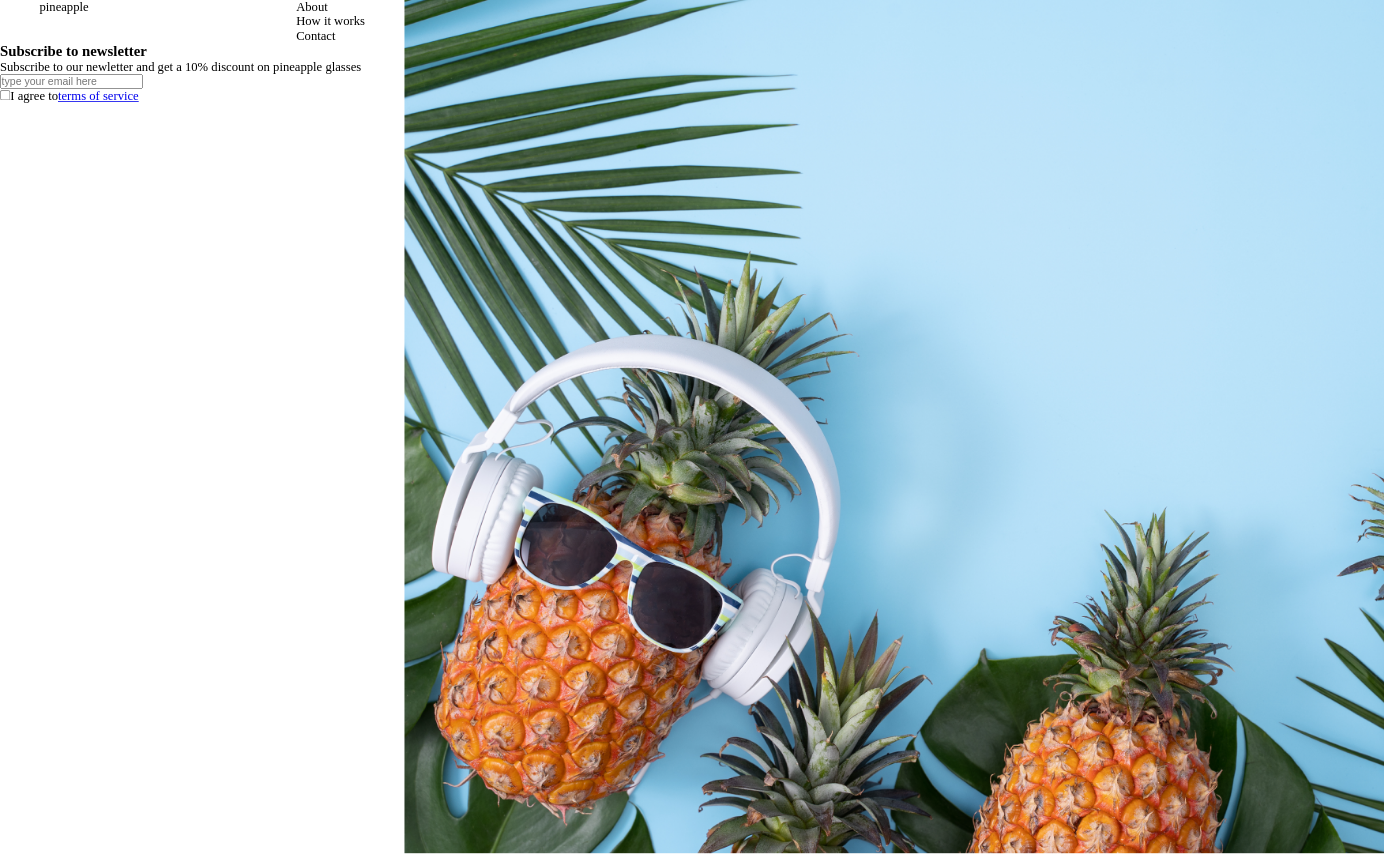
Repository: PaulsBebris/megabit-task
Page: /
These files come from the project's save history. The page is drawn as it stood at one moment and after the next save; the edit follows.
The browser window is 1280 px wide. The page is 1752 px wide, so the pictures cover 1752 px, including what lies to the right of the window. The pictures show the whole page, at 79% of full size.
The project was rebuilt for these pictures with package versions that can differ from the ones it lists, and the page was loaded fresh each time.

Above is the page before, as saved 2021-04-19 08:01:42.

### src/App.vue
<template>
  <div id="app">
    <!-- <div id="nav">
      <router-link to="/">Home</router-link> |
      <router-link to="/about">About</router-link>
    </div> -->
    <router-view/>
  </div>
</template>

<style lang="scss">
// normalize
* {
  padding: 0;
  margin: 0;
  box-sizing: border-box;
}

// #app {
//   font-family: Avenir, Helvetica, Arial, sans-serif;
//   -webkit-font-smoothing: antialiased;
//   -moz-osx-font-smoothing: grayscale;
//   text-align: center;
//   color: #2c3e50;
// }

// #nav {
//   padding: 30px;

//   a {
//     font-weight: bold;
//     color: #2c3e50;

//     &.router-link-exact-active {
//       color: #42b983;
//     }
//   }
// }
</style>

### src/router/index.js
import Vue from 'vue'
import VueRouter from 'vue-router'
import Home from '../views/Home.vue'

Vue.use(VueRouter)

const routes = [
  {
    path: '/',
    name: 'Home',
    component: Home
  }
]

const router = new VueRouter({
  routes
})

export default router

// {
// path: '/about',
// name: 'About',
// route level code-splitting
// this generates a separate chunk (about.[hash].js) for this route
// which is lazy-loaded when the route is visited.
// component: () => import(/* webpackChunkName: "about" */ '../views/About.vue')
// }

### src/views/Home.vue
<template>
  <div class="home">
    <div class="base">
      <div class="header-wrapper">
        <div class="logo">
          <img src="" alt="">
          <span>pineapple</span>
        </div>
        <div class="main-menu">
          <div>About</div>
          <div>How it works</div>
          <div>Contact</div>
        </div>
      </div>
      <div class="content-wrapper">
        <h3>Subscribe to newsletter</h3>
        <p>Subscribe to our newletter and get a 10% discount on pineapple glasses</p>
      </div>
      <div class="subscribe-form-wrapper">
        <input type="text" placeholder="type your email here" @click="onSubscribe" v-model="email" >
        <div class="submit-btn">
          <span></span>
        </div>
      </div>
      <div class="terms-of-use">
        <input type="checkbox" name="agreedOnTerms" id="">I agree to<a href="#">terms of service</a>
      </div>
      <div class="social-wrapper"></div>
    </div>
    <div class="base-image">
      <img :src=sommer alt="">
    </div>
  </div>
</template>

<script>
import sommer from '@/assets/img/sommer.png'

export default {
  name: 'Home',
  components: {},
  data () {
    return {
      sommer,
      email: ''
    }
  },
  methods: {
    onSubscribe () {
      // axios send data
    }
  }
}
</script>

<style lang="scss" scoped>
.home {
  display: grid;
  grid-template-columns: 3fr 1fr;
  grid-template-rows: 100vh;
  max-height: 1080px;
}
.base {
  width: 40vw;
  height: 1080px;
}
.base-image {
  width: 60vw;
}
.base-image img {
  max-height: 1080px;
}
.header-wrapper {
  display: flex;
  justify-content: space-between;
}
.logo {
  margin-left: 50px;
}
.main-menu {
  margin-right: 50px;
}

// mobile
@media screen and (max-width: 1024px) {
  .base-image {
    display: none;
  }
  .base {
    width: 100vw;
    background-image: url('../assets/img/sommer.png');
    background-repeat: no-repeat;
    background-position: center;
    background-attachment: fixed;
    background-size: cover;
    max-height: 746px;
  }
}
</style>

Loaded but not shown: public/index.html (common file); src/main.js (common file); src/store/index.js (common file)

After the next save:
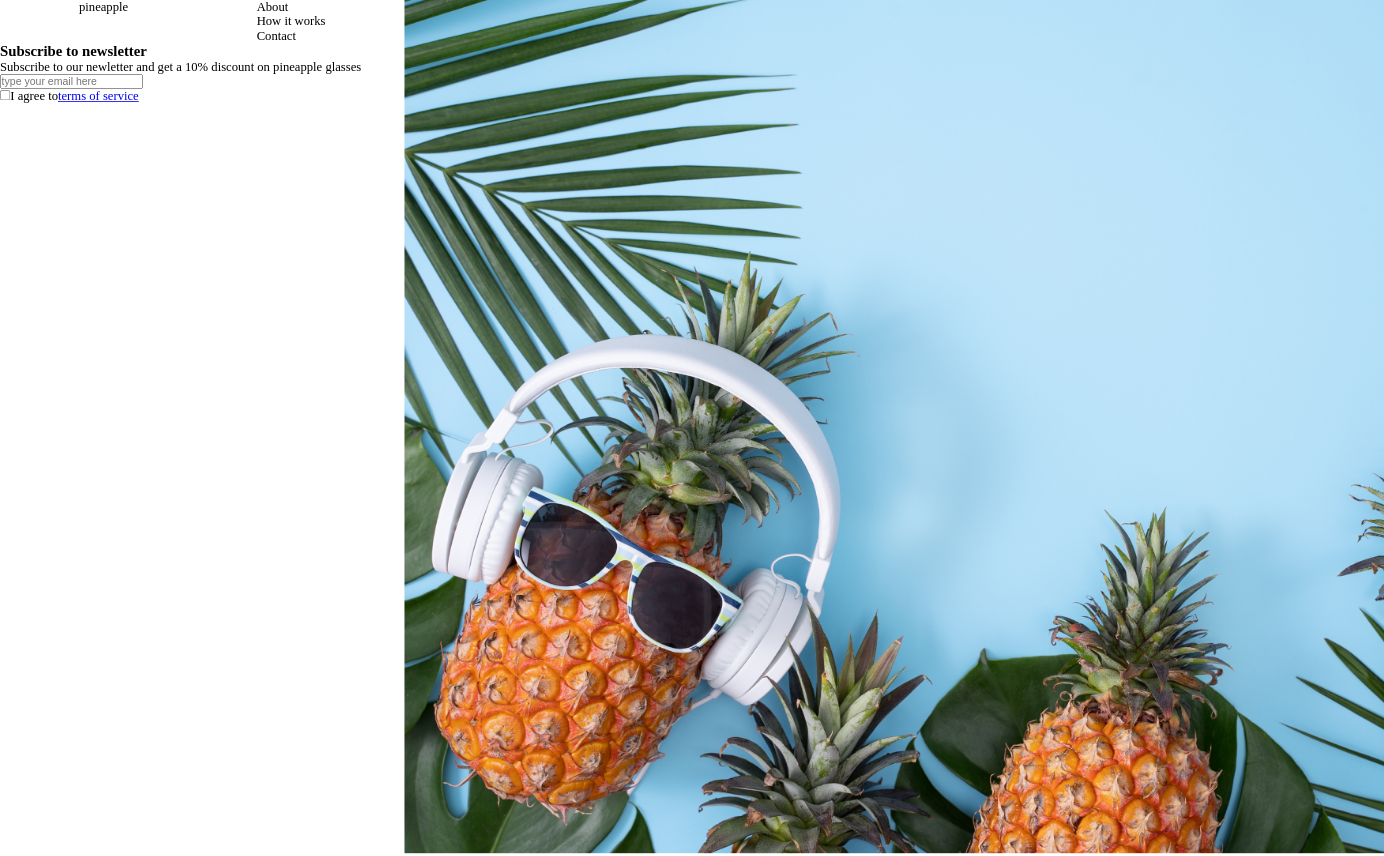
Saved 15 s later.
--- a/src/views/Home.vue
+++ b/src/views/Home.vue
@@ -75,10 +75,10 @@ export default {
   justify-content: space-between;
 }
 .logo {
-  margin-left: 50px;
+  margin-left: 100px;
 }
 .main-menu {
-  margin-right: 50px;
+  margin-right: 100px;
 }
 
 // mobile
